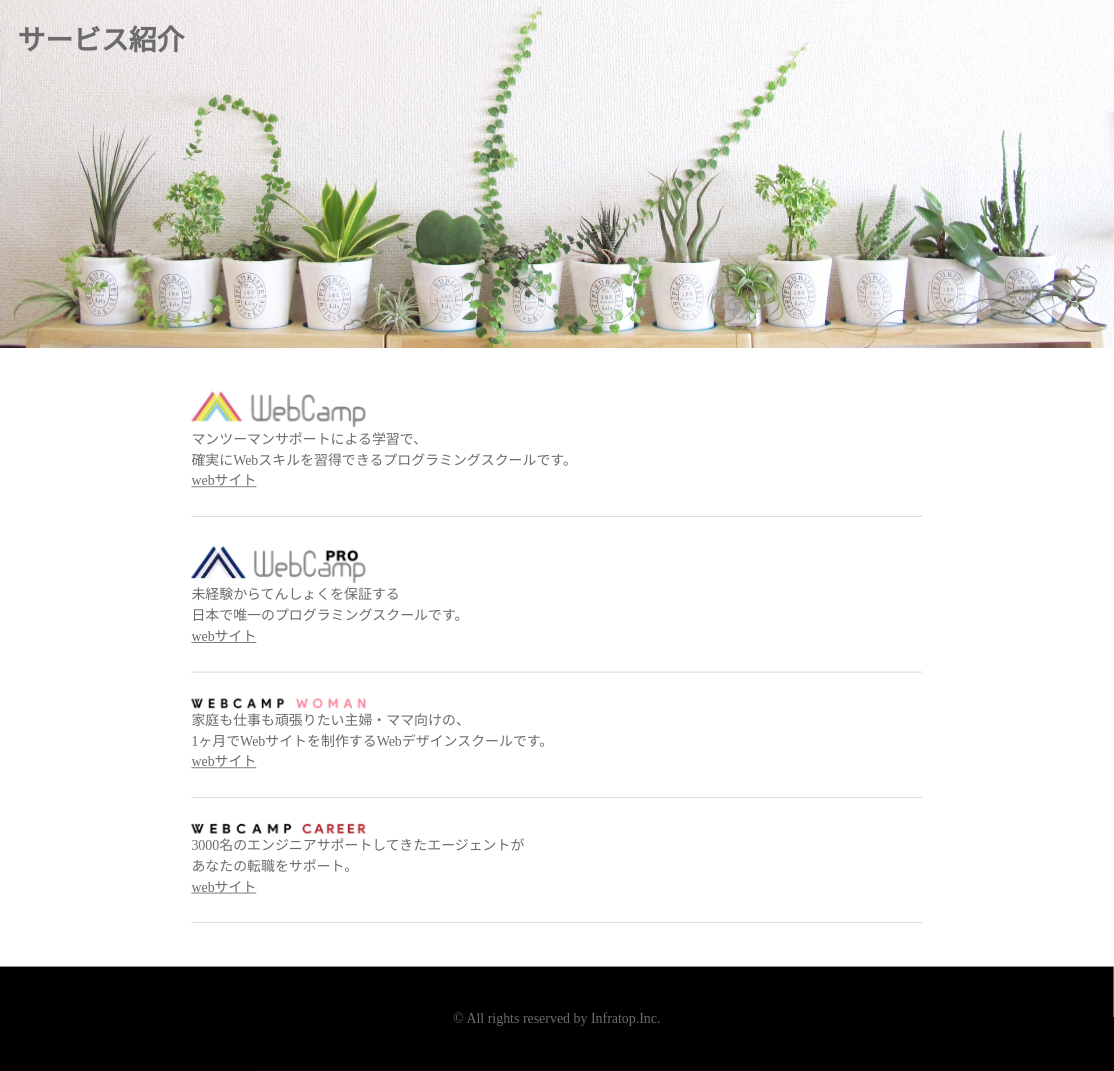
Repository: momopomi/htmlcss
Page: exercise/1-7.html
The author's editor kept a record of every edit. The page is drawn from the files as they stood at one moment, then again after the next edit.
The browser window is 1280 px wide. The pictures show the whole page, at 87% of full size.

Above is the page before.

After the next edit:
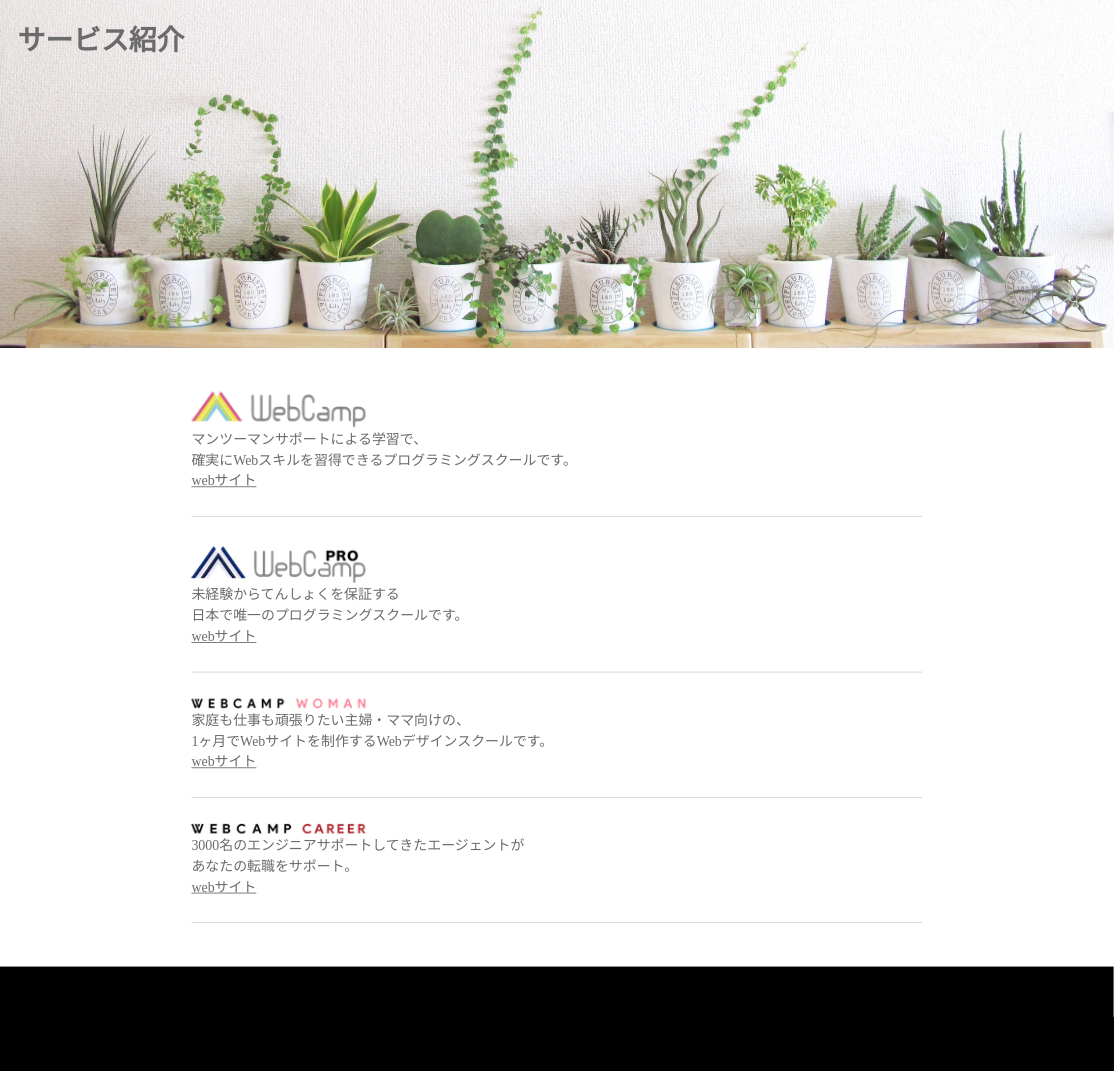
The edit:
--- a/exercise/1-7.html
+++ b/exercise/1-7.html
@@ -52,7 +52,6 @@
 
     <!-- footer -->
     <footer>
-      <p class="footer-text">© All rights reserved by Infratop.Inc.</p>
     </footer>
   </body>
 </html>
